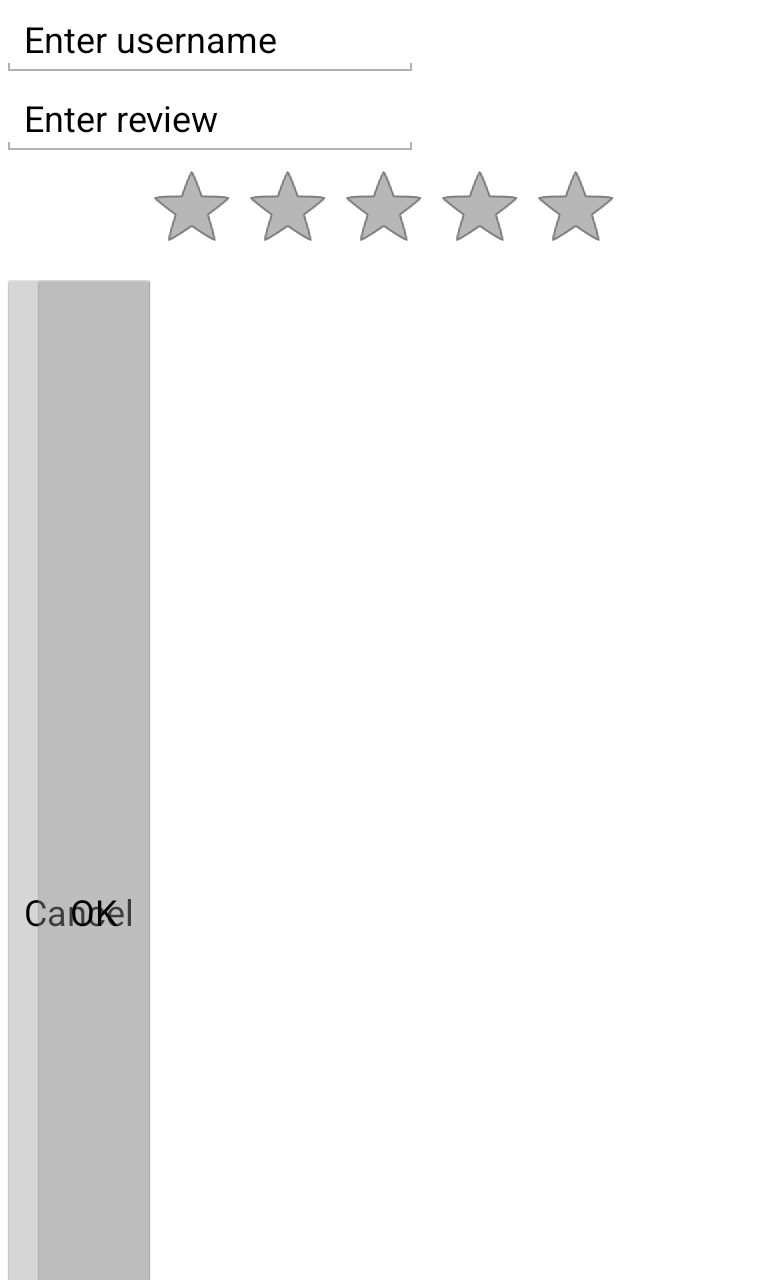
Repository: yash256/atnt
Layout: WNY Farm Fresh/res/layout/dialog.xml
The author's editor kept a copy of each file at every save. The layout is drawn from the files as they stood at one save, then again after the next save.
It is drawn on a 768 x 1280 px phone screen (xhdpi) without system bars, with theme AppTheme; the app's code is not run.

Above is the layout before, as saved 2014-11-10 20:47:53.

After the next save:
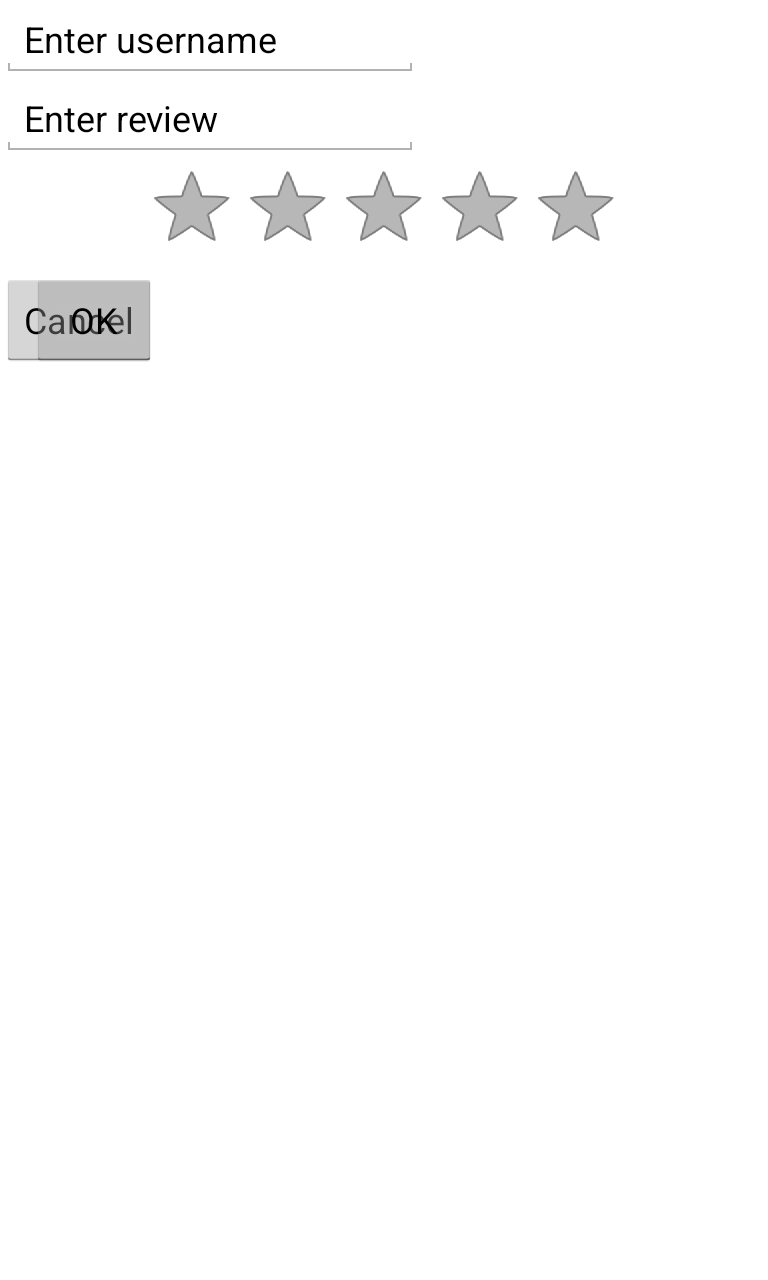
Saved 61 s later.
--- a/WNY Farm Fresh/res/layout/dialog.xml
+++ b/WNY Farm Fresh/res/layout/dialog.xml
@@ -40,16 +40,14 @@
 		android:layout_columnSpan="4"
         android:layout_gravity="left"
         android:layout_row="3"
-        android:layout_width="wrap_content"
-        android:layout_height="fill_parent"/>
-        <Button
+        />
+    <Button
         android:id="@+id/ok_review"
         android:text="@string/ok"
         android:layout_columnSpan="4"
         android:layout_gravity="right"
         android:layout_row="3"
-        android:layout_width="wrap_content"
-        android:layout_height="fill_parent" />
+         />
 
 
 </GridLayout>
